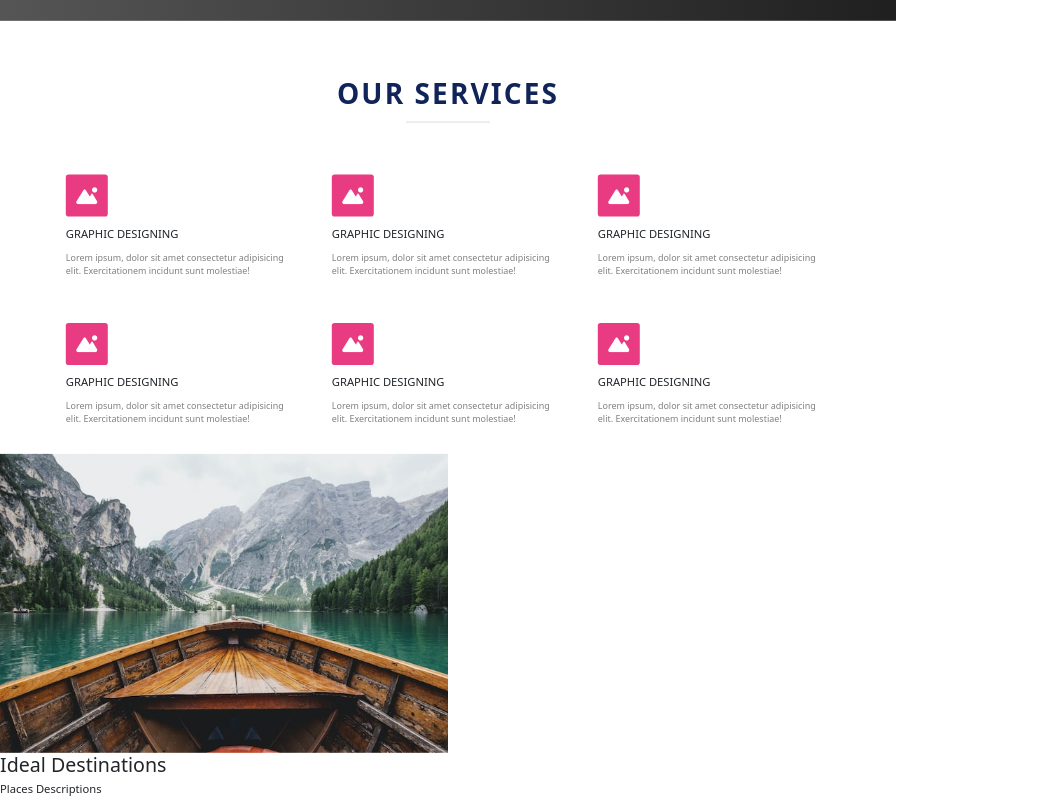
Repository: lhggiang/CaseStudy
Page: index.html
An editor plug-in stored every save of this project. The page is shown before and after the next save, followed by the edit.
The browser window is 1280 px wide. The page is 1292 px wide, then 1509 px, so the pictures cover 1509 px, including what lies to the right of the window. The pictures show the part of the page from y = 749 to 2389 px (the page is 1893 px tall before and 2389 px after), at 70% of full size.
Pictures or frames that could not be fetched are drawn as grey boxes. Backgrounds fixed to the window are drawn as part of the page. Some web libraries are served in a nearby version. The style sheet was rebuilt from its Sass, Less or Tailwind sources for each picture, by a compiler version that may differ from the author's.

Above is the page before, as saved 2023-02-22 15:34:02.

After the next save:
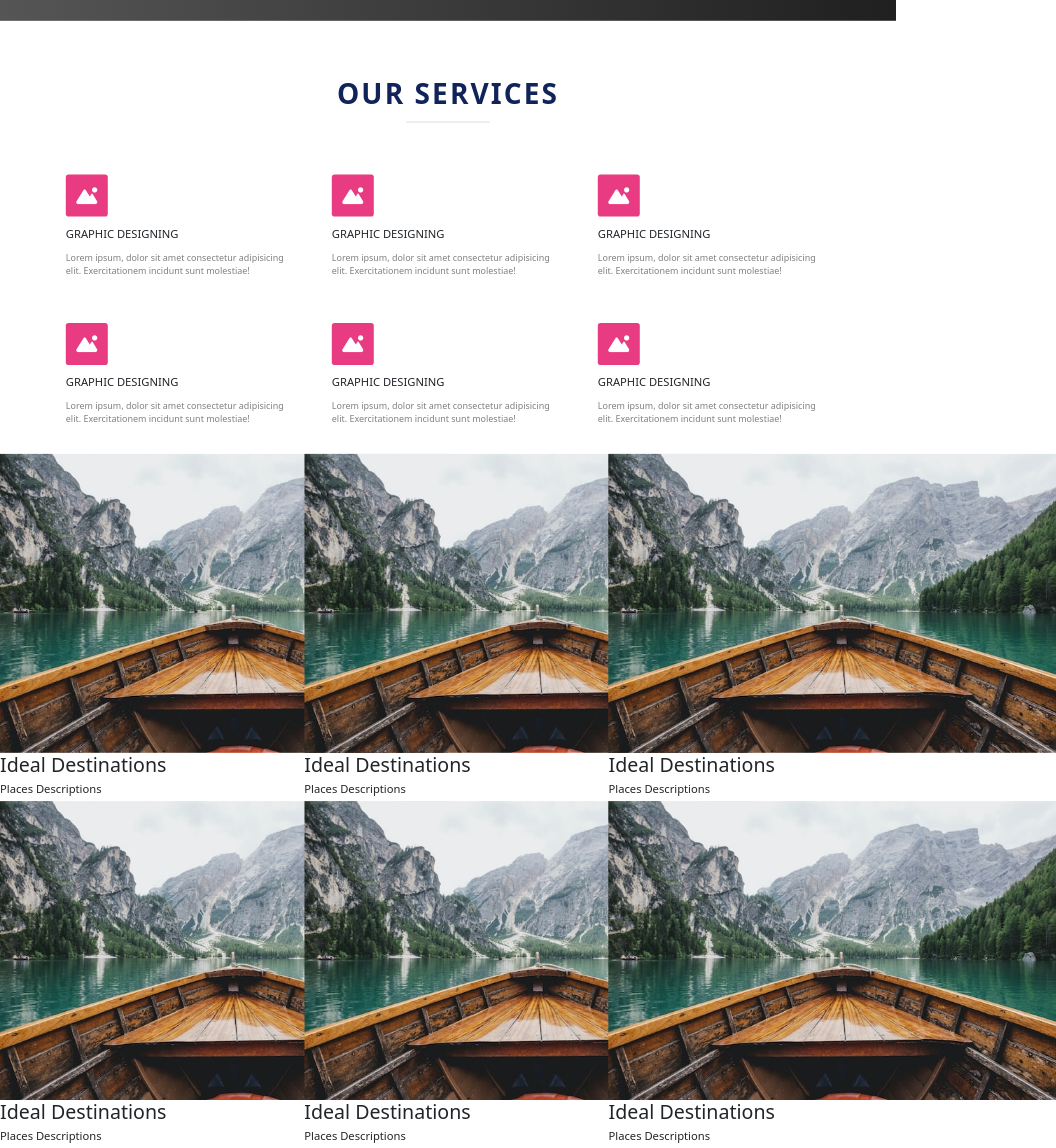
Saved 31 s later.
--- a/index.html
+++ b/index.html
@@ -144,6 +144,61 @@
                 </div>
             </div>
         </div>
+        <div class="col-lg-4 col-sm-6">
+            <div class="portfolio__item">
+                <img src="./img/P1.jpg" alt="Ideal Destinations">
+                <div class="portfolio__content">
+                    <div>
+                        <h3>Ideal Destinations</h3>
+                        <h6>Places Descriptions</h6>
+                    </div>
+                </div>
+            </div>
+        </div>
+        <div class="col-lg-4 col-sm-6">
+            <div class="portfolio__item">
+                <img src="./img/P1.jpg" alt="Ideal Destinations">
+                <div class="portfolio__content">
+                    <div>
+                        <h3>Ideal Destinations</h3>
+                        <h6>Places Descriptions</h6>
+                    </div>
+                </div>
+            </div>
+        </div>
+        <div class="col-lg-4 col-sm-6">
+            <div class="portfolio__item">
+                <img src="./img/P1.jpg" alt="Ideal Destinations">
+                <div class="portfolio__content">
+                    <div>
+                        <h3>Ideal Destinations</h3>
+                        <h6>Places Descriptions</h6>
+                    </div>
+                </div>
+            </div>
+        </div>
+        <div class="col-lg-4 col-sm-6">
+            <div class="portfolio__item">
+                <img src="./img/P1.jpg" alt="Ideal Destinations">
+                <div class="portfolio__content">
+                    <div>
+                        <h3>Ideal Destinations</h3>
+                        <h6>Places Descriptions</h6>
+                    </div>
+                </div>
+            </div>
+        </div>
+        <div class="col-lg-4 col-sm-6">
+            <div class="portfolio__item">
+                <img src="./img/P1.jpg" alt="Ideal Destinations">
+                <div class="portfolio__content">
+                    <div>
+                        <h3>Ideal Destinations</h3>
+                        <h6>Places Descriptions</h6>
+                    </div>
+                </div>
+            </div>
+        </div>
     </div>
 </body>
 <script src="https://cdn.jsdelivr.net/npm/bootstrap@5.3.0-alpha1/dist/js/bootstrap.bundle.min.js"
